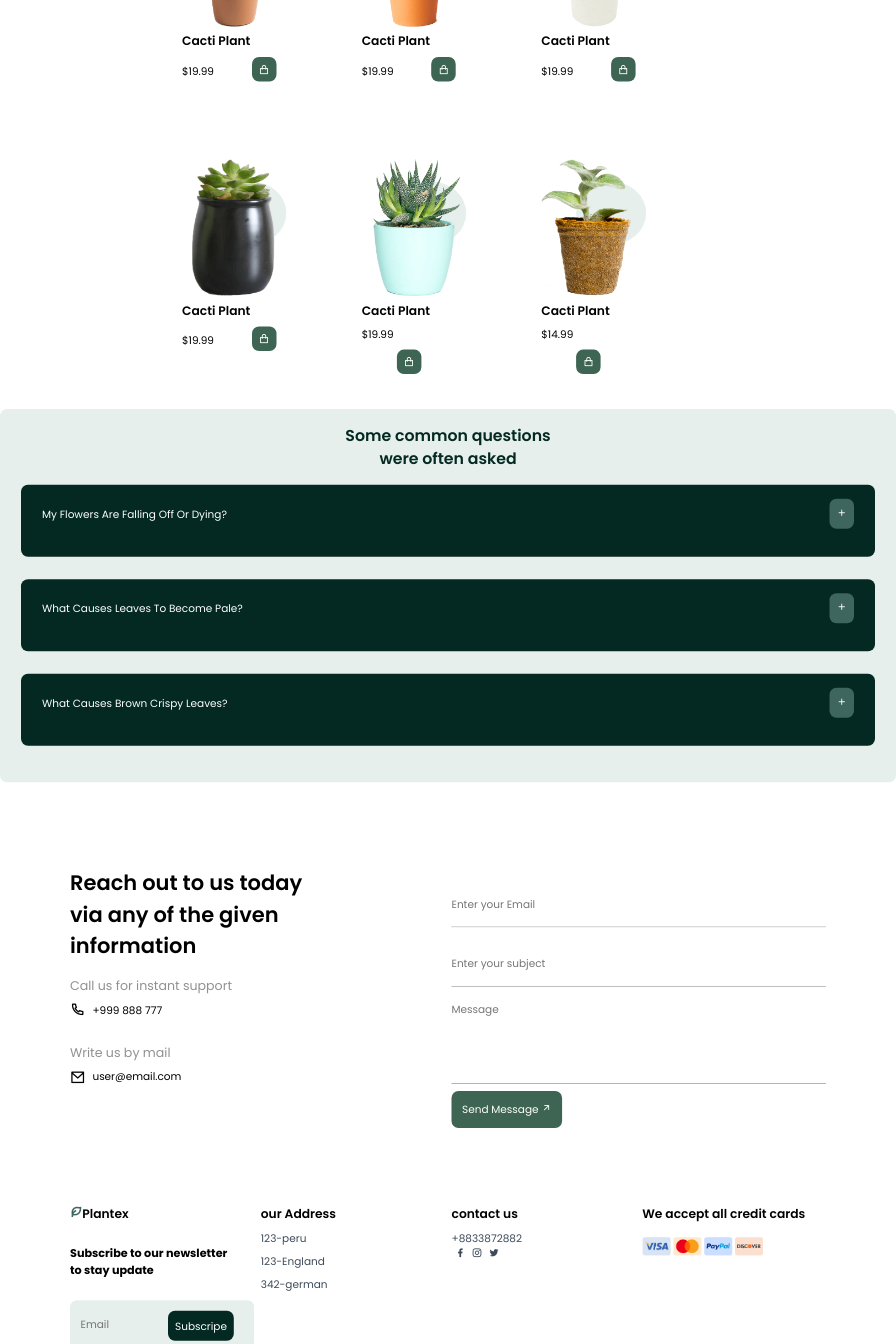
Repository: OmniaRafat232111121/plantwebsite
Page: index.html
The author's editor kept a copy of each file at every save. The page is drawn from the files as they stood at one save, then again after a run of saves.
The browser window is 1280 px wide. The pictures show the part of the page from y = 2338 to 4258 px (the page is 4364 px tall before and 4331 px after), at 70% of full size.

Above is the page before, as saved 2023-01-07 02:46:20.
Console error: TypeError: addToCartBtn.addEventListener is not a function

After the next 4 saves:
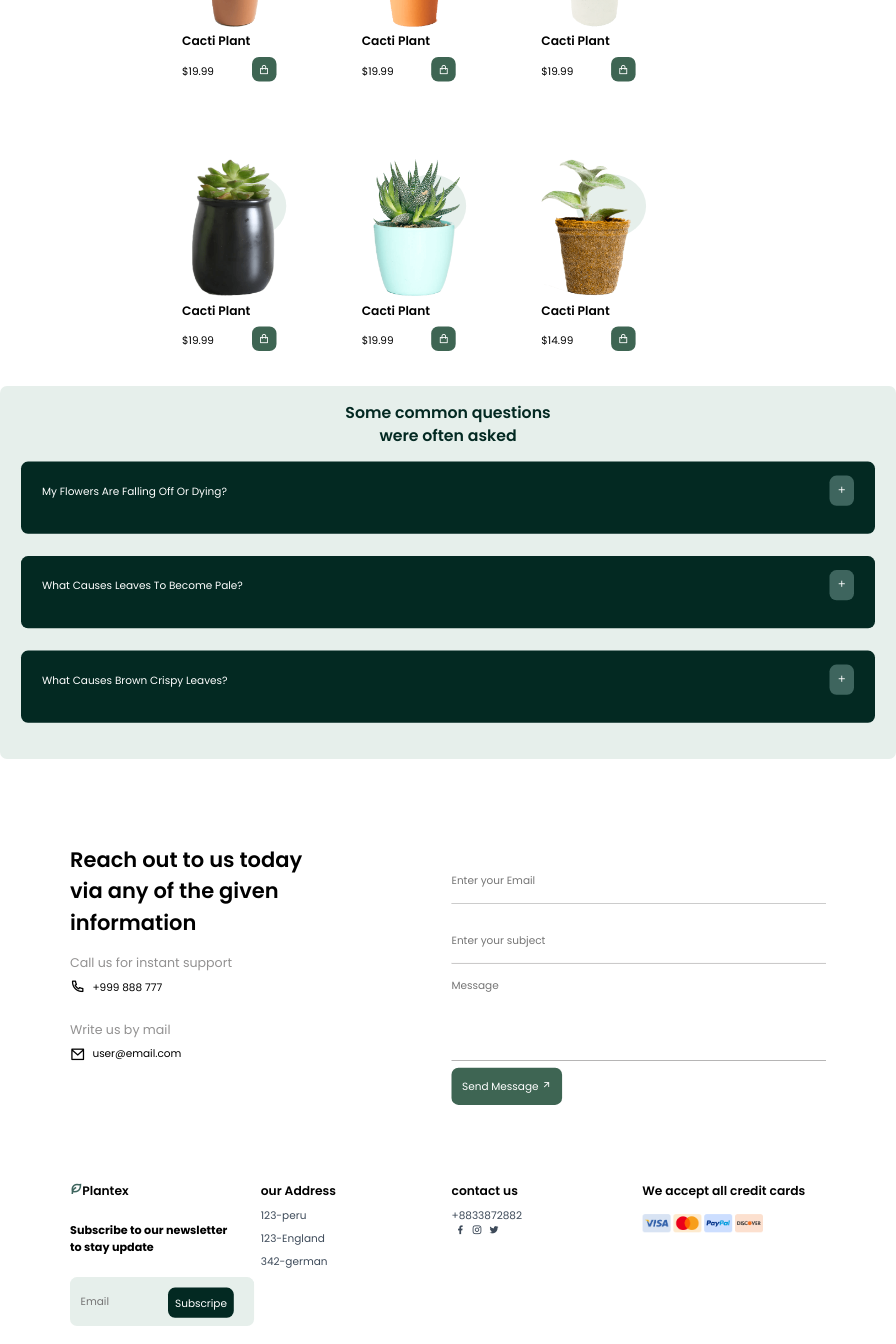
The 4 saves are shown as one change because they came seconds apart.
The last was saved 37 s later.
--- a/index.html
+++ b/index.html
@@ -258,9 +258,9 @@
                 <div>
 
                     <span class="product__price">$19.99</span>
-                  <div class="btn__add__to__cart">
+
                            <i class="add-cart ri-shopping-bag-line"></i>
-                     </div>
+
 
 
                 </div>
@@ -272,9 +272,9 @@
                  <h3 class="product__name">Cacti Plant</h3>
                 <div>
                     <span class="product__price">$14.99</span>
-                     <div class="btn__add__to__cart">
+
                            <i class="add-cart ri-shopping-bag-line"></i>
-                     </div>
+
 
 
 
